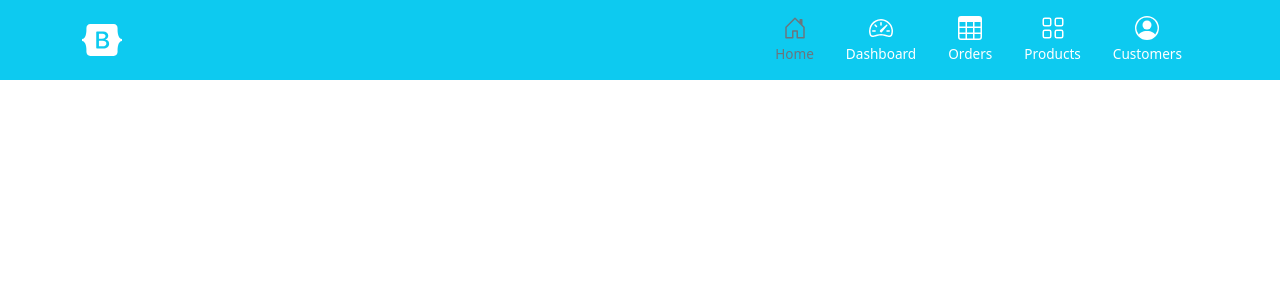
Repository: HeZhao-hugh/personal-web
Page: index.html
These files come from the project's save history. The page is drawn as it stood at one moment and after the next save; the edit follows.
The browser window is 1280 px wide. The pictures show the whole page.

Above is the page before, as saved 2022-01-19 17:19:37.

### index.html
<!DOCTYPE html>
<html lang="en">

<head>
    <meta charset="UTF-8">
    <meta http-equiv="X-UA-Compatible" content="IE=edge">
    <meta name="viewport" content="width=device-width, initial-scale=1.0">
    <link href="https://cdn.jsdelivr.net/npm/bootstrap@5.1.3/dist/css/bootstrap.min.css" rel="stylesheet"
        integrity="sha384-1BmE4kWBq78iYhFldvKuhfTAU6auU8tT94WrHftjDbrCEXSU1oBoqyl2QvZ6jIW3" crossorigin="anonymous">
    <script src="https://cdn.jsdelivr.net/npm/bootstrap@5.1.3/dist/js/bootstrap.bundle.min.js"
        integrity="sha384-ka7Sk0Gln4gmtz2MlQnikT1wXgYsOg+OMhuP+IlRH9sENBO0LRn5q+8nbTov4+1p" crossorigin="anonymous">
    </script>

    <!-- Custom styles for this template -->
    <link href="style.css" rel="stylesheet">
    <title>Document</title>
</head>

<body>
    <svg xmlns="http://www.w3.org/2000/svg" style="display: none;">
        <symbol id="bootstrap" viewBox="0 0 118 94">
            <title>Bootstrap</title>
            <path fill-rule="evenodd" clip-rule="evenodd"
                d="M24.509 0c-6.733 0-11.715 5.893-11.492 12.284.214 6.14-.064 14.092-2.066 20.577C8.943 39.365 5.547 43.485 0 44.014v5.972c5.547.529 8.943 4.649 10.951 11.153 2.002 6.485 2.28 14.437 2.066 20.577C12.794 88.106 17.776 94 24.51 94H93.5c6.733 0 11.714-5.893 11.491-12.284-.214-6.14.064-14.092 2.066-20.577 2.009-6.504 5.396-10.624 10.943-11.153v-5.972c-5.547-.529-8.934-4.649-10.943-11.153-2.002-6.484-2.28-14.437-2.066-20.577C105.214 5.894 100.233 0 93.5 0H24.508zM80 57.863C80 66.663 73.436 72 62.543 72H44a2 2 0 01-2-2V24a2 2 0 012-2h18.437c9.083 0 15.044 4.92 15.044 12.474 0 5.302-4.01 10.049-9.119 10.88v.277C75.317 46.394 80 51.21 80 57.863zM60.521 28.34H49.948v14.934h8.905c6.884 0 10.68-2.772 10.68-7.727 0-4.643-3.264-7.207-9.012-7.207zM49.948 49.2v16.458H60.91c7.167 0 10.964-2.876 10.964-8.281 0-5.406-3.903-8.178-11.425-8.178H49.948z">
            </path>
        </symbol>
        <symbol id="home" viewBox="0 0 16 16">
            <path
                d="M8.354 1.146a.5.5 0 0 0-.708 0l-6 6A.5.5 0 0 0 1.5 7.5v7a.5.5 0 0 0 .5.5h4.5a.5.5 0 0 0 .5-.5v-4h2v4a.5.5 0 0 0 .5.5H14a.5.5 0 0 0 .5-.5v-7a.5.5 0 0 0-.146-.354L13 5.793V2.5a.5.5 0 0 0-.5-.5h-1a.5.5 0 0 0-.5.5v1.293L8.354 1.146zM2.5 14V7.707l5.5-5.5 5.5 5.5V14H10v-4a.5.5 0 0 0-.5-.5h-3a.5.5 0 0 0-.5.5v4H2.5z" />
        </symbol>
        <symbol id="speedometer2" viewBox="0 0 16 16">
            <path
                d="M8 4a.5.5 0 0 1 .5.5V6a.5.5 0 0 1-1 0V4.5A.5.5 0 0 1 8 4zM3.732 5.732a.5.5 0 0 1 .707 0l.915.914a.5.5 0 1 1-.708.708l-.914-.915a.5.5 0 0 1 0-.707zM2 10a.5.5 0 0 1 .5-.5h1.586a.5.5 0 0 1 0 1H2.5A.5.5 0 0 1 2 10zm9.5 0a.5.5 0 0 1 .5-.5h1.5a.5.5 0 0 1 0 1H12a.5.5 0 0 1-.5-.5zm.754-4.246a.389.389 0 0 0-.527-.02L7.547 9.31a.91.91 0 1 0 1.302 1.258l3.434-4.297a.389.389 0 0 0-.029-.518z" />
            <path fill-rule="evenodd"
                d="M0 10a8 8 0 1 1 15.547 2.661c-.442 1.253-1.845 1.602-2.932 1.25C11.309 13.488 9.475 13 8 13c-1.474 0-3.31.488-4.615.911-1.087.352-2.49.003-2.932-1.25A7.988 7.988 0 0 1 0 10zm8-7a7 7 0 0 0-6.603 9.329c.203.575.923.876 1.68.63C4.397 12.533 6.358 12 8 12s3.604.532 4.923.96c.757.245 1.477-.056 1.68-.631A7 7 0 0 0 8 3z" />
        </symbol>
        <symbol id="table" viewBox="0 0 16 16">
            <path
                d="M0 2a2 2 0 0 1 2-2h12a2 2 0 0 1 2 2v12a2 2 0 0 1-2 2H2a2 2 0 0 1-2-2V2zm15 2h-4v3h4V4zm0 4h-4v3h4V8zm0 4h-4v3h3a1 1 0 0 0 1-1v-2zm-5 3v-3H6v3h4zm-5 0v-3H1v2a1 1 0 0 0 1 1h3zm-4-4h4V8H1v3zm0-4h4V4H1v3zm5-3v3h4V4H6zm4 4H6v3h4V8z" />
        </symbol>
        <symbol id="people-circle" viewBox="0 0 16 16">
            <path d="M11 6a3 3 0 1 1-6 0 3 3 0 0 1 6 0z" />
            <path fill-rule="evenodd"
                d="M0 8a8 8 0 1 1 16 0A8 8 0 0 1 0 8zm8-7a7 7 0 0 0-5.468 11.37C3.242 11.226 4.805 10 8 10s4.757 1.225 5.468 2.37A7 7 0 0 0 8 1z" />
        </symbol>
        <symbol id="grid" viewBox="0 0 16 16">
            <path
                d="M1 2.5A1.5 1.5 0 0 1 2.5 1h3A1.5 1.5 0 0 1 7 2.5v3A1.5 1.5 0 0 1 5.5 7h-3A1.5 1.5 0 0 1 1 5.5v-3zM2.5 2a.5.5 0 0 0-.5.5v3a.5.5 0 0 0 .5.5h3a.5.5 0 0 0 .5-.5v-3a.5.5 0 0 0-.5-.5h-3zm6.5.5A1.5 1.5 0 0 1 10.5 1h3A1.5 1.5 0 0 1 15 2.5v3A1.5 1.5 0 0 1 13.5 7h-3A1.5 1.5 0 0 1 9 5.5v-3zm1.5-.5a.5.5 0 0 0-.5.5v3a.5.5 0 0 0 .5.5h3a.5.5 0 0 0 .5-.5v-3a.5.5 0 0 0-.5-.5h-3zM1 10.5A1.5 1.5 0 0 1 2.5 9h3A1.5 1.5 0 0 1 7 10.5v3A1.5 1.5 0 0 1 5.5 15h-3A1.5 1.5 0 0 1 1 13.5v-3zm1.5-.5a.5.5 0 0 0-.5.5v3a.5.5 0 0 0 .5.5h3a.5.5 0 0 0 .5-.5v-3a.5.5 0 0 0-.5-.5h-3zm6.5.5A1.5 1.5 0 0 1 10.5 9h3a1.5 1.5 0 0 1 1.5 1.5v3a1.5 1.5 0 0 1-1.5 1.5h-3A1.5 1.5 0 0 1 9 13.5v-3zm1.5-.5a.5.5 0 0 0-.5.5v3a.5.5 0 0 0 .5.5h3a.5.5 0 0 0 .5-.5v-3a.5.5 0 0 0-.5-.5h-3z" />
        </symbol>
    </svg>

    <main>

        <header>
            <div class="px-3 py-2 bg-info text-white">
                <div class="container">
                    <div class="d-flex flex-wrap align-items-center justify-content-center justify-content-lg-start">
                        <a href="/"
                            class="d-flex align-items-center my-2 my-lg-0 me-lg-auto text-white text-decoration-none">
                            <svg class="bi me-2" width="40" height="32" role="img" aria-label="Bootstrap">
                                <use href="#bootstrap" /></svg>
                        </a>

                        <ul class="nav col-12 col-lg-auto my-2 justify-content-center my-md-0 text-small">
                            <li>
                                <a href="#" class="nav-link text-secondary">
                                    <svg class="bi d-block mx-auto mb-1" width="24" height="24">
                                        <use href="#home" /></svg>
                                    Home
                                </a>
                            </li>
                            <li>
                                <a href="#" class="nav-link text-white">
                                    <svg class="bi d-block mx-auto mb-1" width="24" height="24">
                                        <use href="#speedometer2" /></svg>
                                    Dashboard
                                </a>
                            </li>
                            <li>
                                <a href="#" class="nav-link text-white">
                                    <svg class="bi d-block mx-auto mb-1" width="24" height="24">
                                        <use href="#table" /></svg>
                                    Orders
                                </a>
                            </li>
                            <li>
                                <a href="#" class="nav-link text-white">
                                    <svg class="bi d-block mx-auto mb-1" width="24" height="24">
                                        <use href="#grid" /></svg>
                                    Products
                                </a>
                            </li>
                            <li>
                                <a href="#" class="nav-link text-white">
                                    <svg class="bi d-block mx-auto mb-1" width="24" height="24">
                                        <use href="#people-circle" /></svg>
                                    Customers
                                </a>
                            </li>
                        </ul>
                    </div>
                </div>
            </div>

        </header>
    </main>
</body>

</html>

### style.css

  .form-control-dark {
    color: #fff;
    background-color: var(--bs-dark);
    border-color: var(--bs-gray);
  }
  .form-control-dark:focus {
    color: #fff;
    background-color: var(--bs-dark);
    border-color: #fff;
    box-shadow: 0 0 0 .25rem rgba(255, 255, 255, .25);
  }

  .bi {
    vertical-align: -.125em;
    fill: currentColor;
  }

  .text-small {
    font-size: 85%;
  }

  .dropdown-toggle {
    outline: 0;
  }

After the next save:
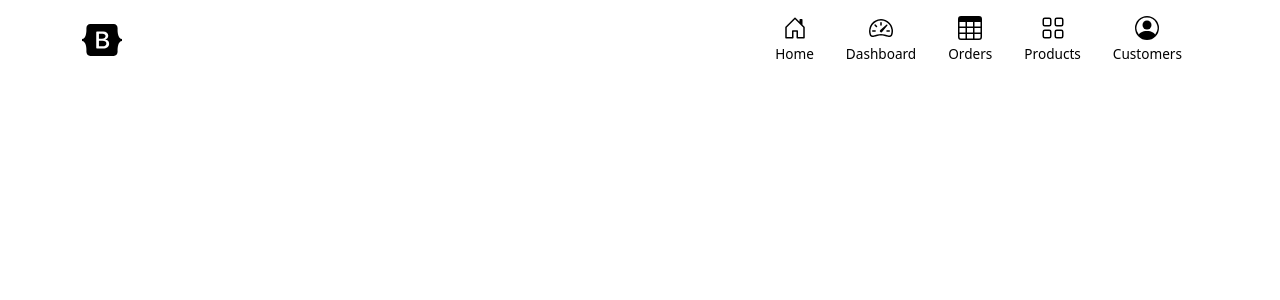
Saved 92 s later.
--- a/index.html
+++ b/index.html
@@ -52,46 +52,46 @@
     <main>
 
         <header>
-            <div class="px-3 py-2 bg-info text-white">
+            <div class="px-5 py-2 bg-white text-black">
                 <div class="container">
                     <div class="d-flex flex-wrap align-items-center justify-content-center justify-content-lg-start">
                         <a href="/"
-                            class="d-flex align-items-center my-2 my-lg-0 me-lg-auto text-white text-decoration-none">
+                            class="d-flex align-items-center my-2 my-lg-0 me-lg-auto text-black text-decoration-none">
                             <svg class="bi me-2" width="40" height="32" role="img" aria-label="Bootstrap">
                                 <use href="#bootstrap" /></svg>
                         </a>
 
                         <ul class="nav col-12 col-lg-auto my-2 justify-content-center my-md-0 text-small">
                             <li>
-                                <a href="#" class="nav-link text-secondary">
+                                <a href="#" class="nav-link text-black">
                                     <svg class="bi d-block mx-auto mb-1" width="24" height="24">
                                         <use href="#home" /></svg>
                                     Home
                                 </a>
                             </li>
                             <li>
-                                <a href="#" class="nav-link text-white">
+                                <a href="#" class="nav-link text-black">
                                     <svg class="bi d-block mx-auto mb-1" width="24" height="24">
                                         <use href="#speedometer2" /></svg>
                                     Dashboard
                                 </a>
                             </li>
                             <li>
-                                <a href="#" class="nav-link text-white">
+                                <a href="#" class="nav-link text-black">
                                     <svg class="bi d-block mx-auto mb-1" width="24" height="24">
                                         <use href="#table" /></svg>
                                     Orders
                                 </a>
                             </li>
                             <li>
-                                <a href="#" class="nav-link text-white">
+                                <a href="#" class="nav-link text-black">
                                     <svg class="bi d-block mx-auto mb-1" width="24" height="24">
                                         <use href="#grid" /></svg>
                                     Products
                                 </a>
                             </li>
                             <li>
-                                <a href="#" class="nav-link text-white">
+                                <a href="#" class="nav-link text-black">
                                     <svg class="bi d-block mx-auto mb-1" width="24" height="24">
                                         <use href="#people-circle" /></svg>
                                     Customers
@@ -101,8 +101,8 @@
                     </div>
                 </div>
             </div>
+        </header>
 
-        </header>
     </main>
 </body>
 
